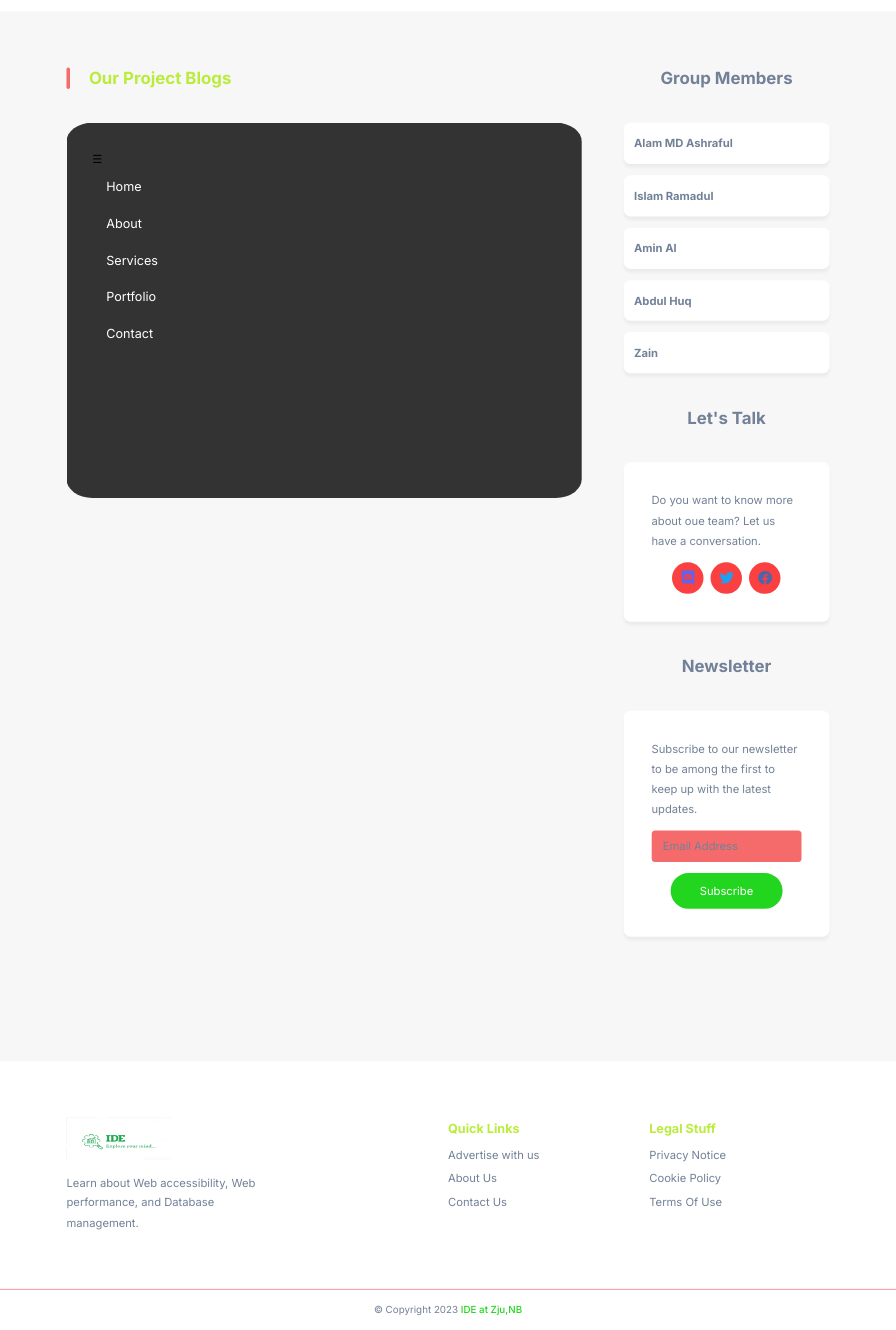
Repository: ramizraaz/zjuTeam
Page: main.html
An editor plug-in stored every save of this project. The page is shown before and after the next save, followed by the edit.
The browser window is 1280 px wide. The pictures show the part of the page from y = 535 to 2435 px (the page is 2435 px tall), at 70% of full size.
A picture or video elsewhere on the page could not be fetched, so the positions and the page height are approximate.

Above is the page before, as saved 2023-10-22 22:02:16.

After the next save:
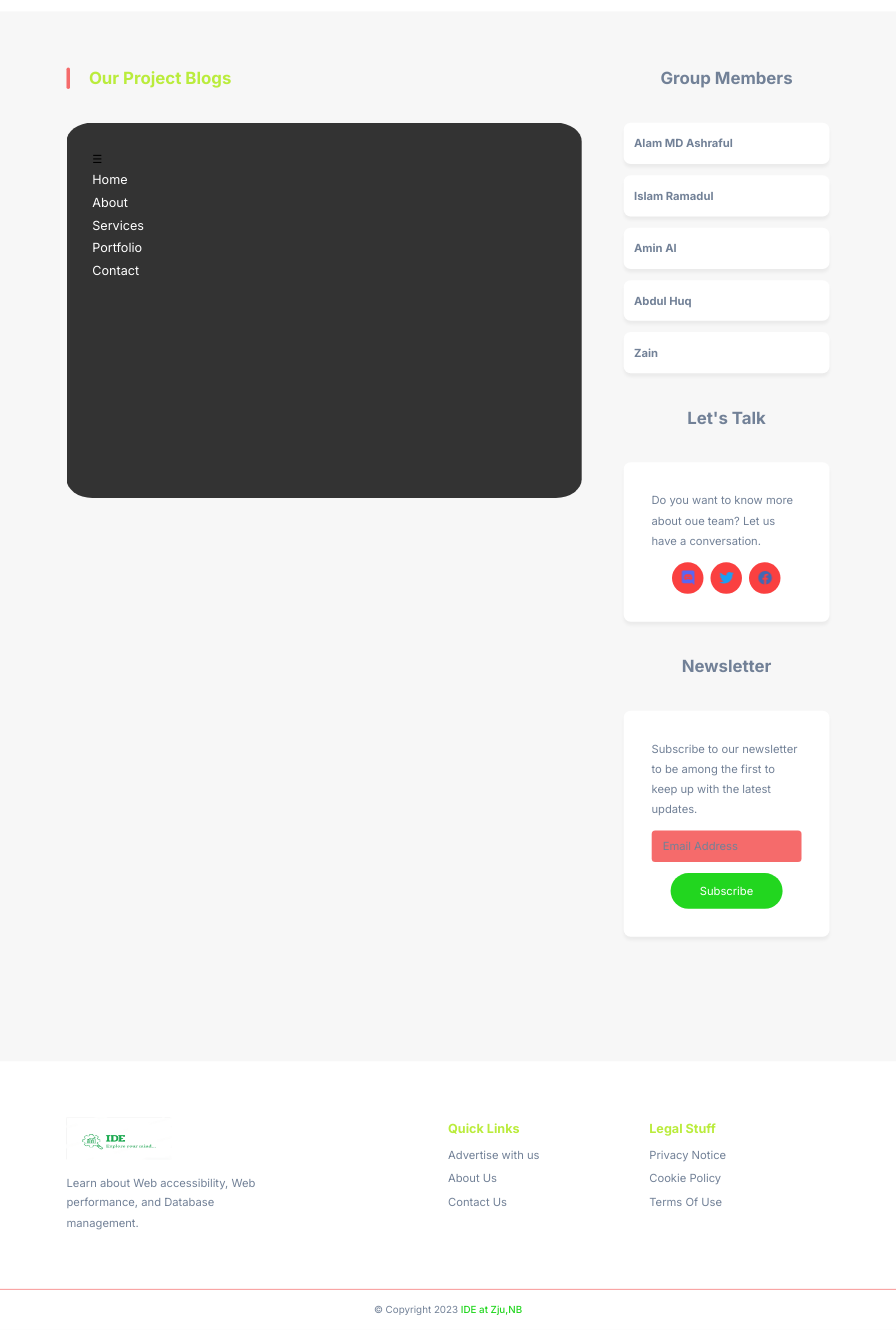
Saved 9 s later.
--- a/main.css
+++ b/main.css
@@ -388,7 +388,6 @@ header .btn-group {
 }
 
 .sidebar li {
-    padding: 10px 20px;
     text-align: left;
 }
 
